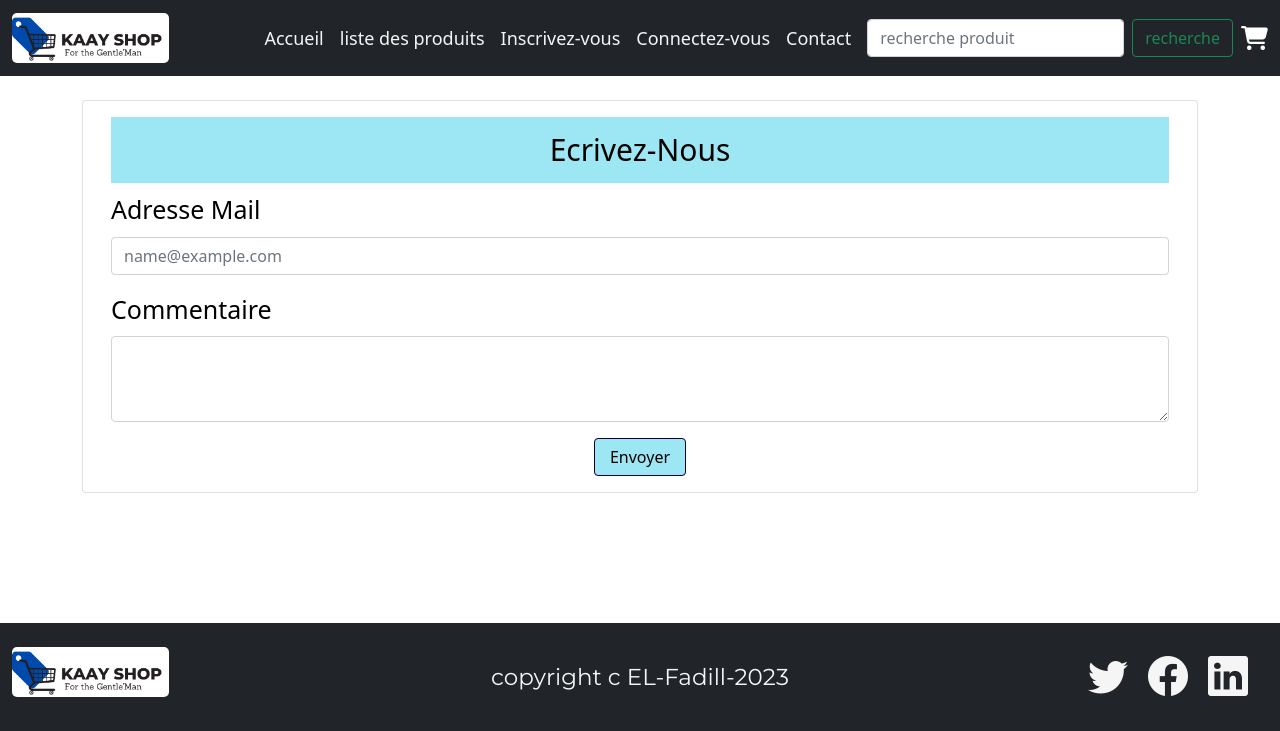
Repository: wadelfadill/Mini_projet_bootstrap_Site_vente_online
Page: contact.html
An editor plug-in stored every save of this project. The page is shown before and after the next save, followed by the edit.
The browser window is 1280 px wide. The pictures show the whole page.
Some web libraries are served in a nearby version.

Above is the page before, as saved 2023-05-19 10:58:02.

After the next save:
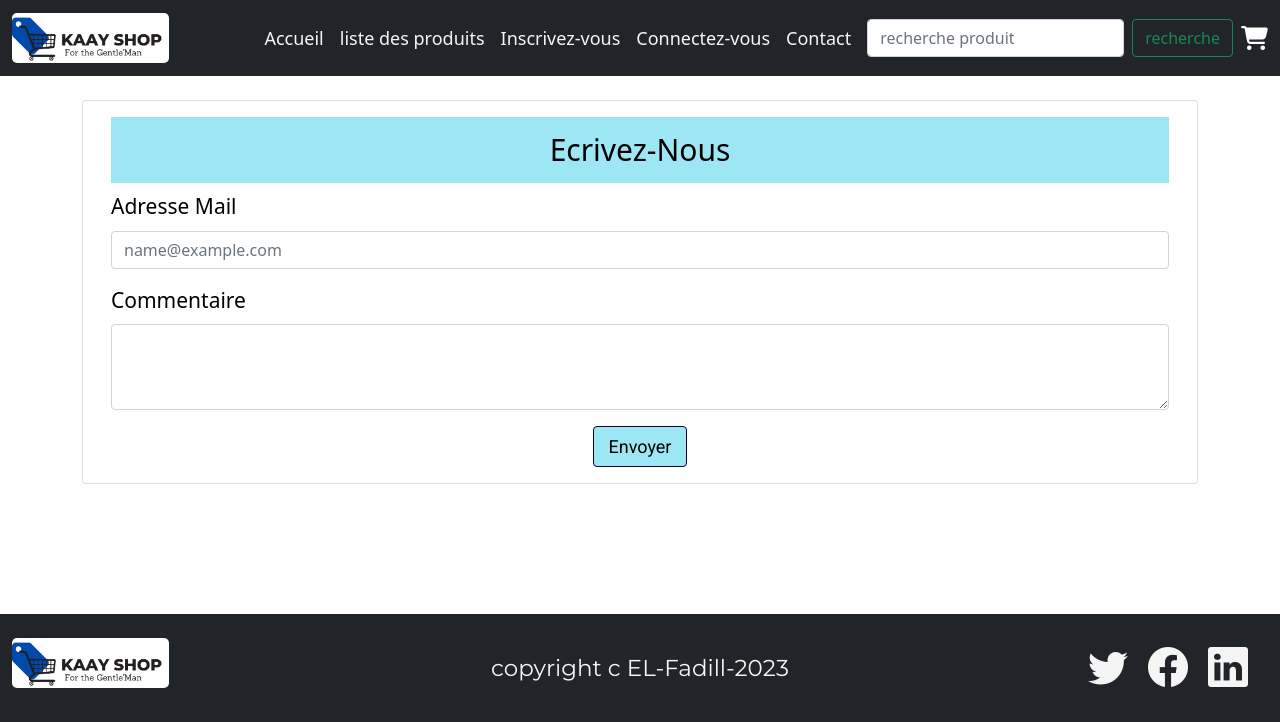
Saved 71 s later.
--- a/assets/css/contact_style.css
+++ b/assets/css/contact_style.css
@@ -20,5 +20,9 @@ main{
 .card label{
     color: black;
     font-family: 'Montserrat' 'sans serif';
-    font-size: 25px;
+    font-size: 21px;
 }
+.card button{
+    font-family: 'Roboto';
+    font-size: 18px;
+}
